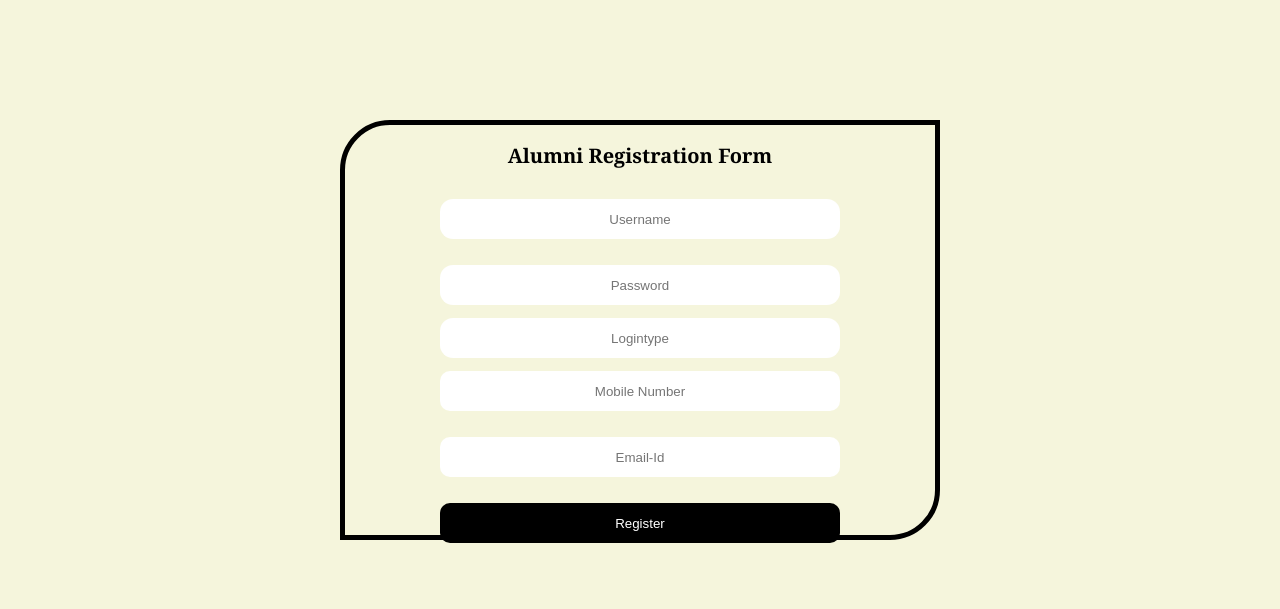
Repository: Shreyash1107/Web_Projects
Page: http://localhost/AlumnieventmanagementApplication/Register.jsp
These files come from the project's save history. The page is drawn as it stood at one moment and after the next save; the edit follows.
The browser window is 1280 px wide. The pictures show the whole page.
The page is served by Tomcat 9. Nobody is signed in. The application's start-up code is not run. Other server files are loaded and not shown.

Above is the page before, as saved 2024-07-23 11:28:59.

### AlumnieventmanagementApplication/src/main/webapp/Register.jsp
<%@ page language="java" contentType="text/html; charset=ISO-8859-1"
	pageEncoding="ISO-8859-1"%>
<!DOCTYPE html>
<html>
<head>
<meta charset="ISO-8859-1">
<title>Registration</title>
<link rel='stylesheet' href='CSS/register.css'/>
</head>
<body>
<form name='frm' action='register' method='POST'>
<center>
<div class='box'>
	<div class='container'>
		<h4>Alumni Registration Form</h4>
		<div class='wrapper'>
			<input type='text' name='Username' value=''
				placeholder='Username' autocomplete='off' />
		</div>
		<div class='content'>
			<input type='password' name='Password' value=''
				placeholder='Password' autocomplete='off'/>
		</div>
		<div class='type'>
			<input type='text' name='Logintype' value=''
				placeholder='Logintype' autocomplete='off' />
		</div>
		<div class='sub-content'>
			<input type='contact' name='Contact' value=''
				placeholder='Mobile Number' autocomplete='off'/>
		</div>
		<div class='menu'>
			<input type='email' name='Email-Id' value=''
					placeholder='Email-Id' autocomplete='off'/>
		</div>
		<div class='btn'>
			<input type='submit' name='reg' value='Register'/>
		</div>
	</div>
	</center>
	</div>
	</form>
</body>
</html>

### AlumnieventmanagementApplication/src/main/webapp/CSS/register.css
@charset "ISO-8859-1";
*
{
	padding: 0;
	margin:0;
	box-sizing: border-box;
}
body
{
	background-color: beige;
	font-size: 20px;
	font-family: Cambria, Cochin, Georgia, Times, 'Times New Roman', serif;
	overflow: hidden;
}
.container
{
	width: 600px;
	height: 420px;
	margin:120px auto;
	border: 5px solid black;
	border-top-left-radius: 50px;
	border-bottom-right-radius: 50px;
}
.container h4
{
	padding: 17px;
}
.wrapper,.content,.sub-content,.menu,.btn
{
	padding: 13px;
}
input[type='text']
{
	width: 400px;
	height:40px;
	border-radius: 13px;
	border:none;
}
input[type='password']
{
	width: 400px;
	height:40px;
	border-radius: 13px;
	border:none;
}
input[type='submit']
{
	width: 400px;
	height:40px;
	border-radius: 10px;
	border:none;
}
input[type='contact']
{
	width: 400px;
	height:40px;
	border-radius: 10px;
	border:none;
}
input[type='email']
{
	width: 400px;
	height:40px;
	border-radius: 10px;
	border:none;
}
input[type='submit']
{
	width: 400px;
	height:40px;
	border-radius: 10px;
	border:none;
	background-color: black;
	color: white;
}
input[type='submit']:hover
{
	cursor: pointer;
	background-color:blueviolet;
	transition: background-color 1s ease-in-out, transform 1s ease-in-out;
}
input[type='text']::placeholder
{
	text-align: center;
}
input[type='password']::placeholder
{
	text-align: center;
}
input[type='contact']::placeholder
{
	text-align: center;
}
input[type='email']::placeholder
{
	text-align: center;
}

After the next save:
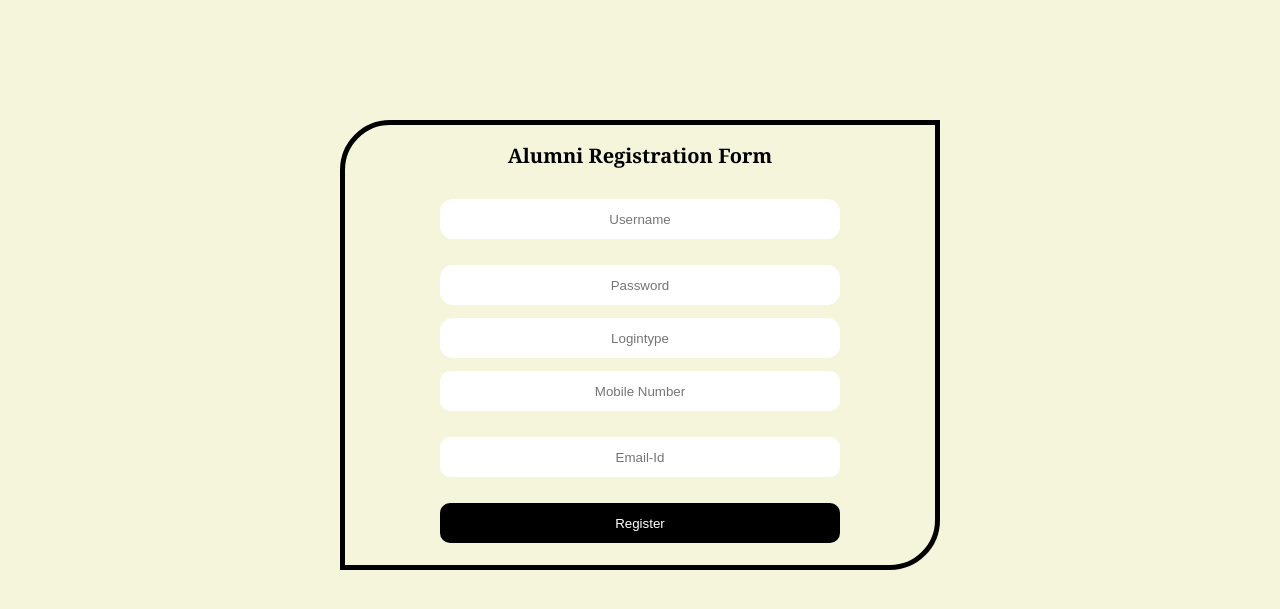
Saved 10 s later.
--- a/AlumnieventmanagementApplication/src/main/webapp/CSS/register.css
+++ b/AlumnieventmanagementApplication/src/main/webapp/CSS/register.css
@@ -15,7 +15,7 @@ body
 .container
 {
 	width: 600px;
-	height: 420px;
+	height: 450px;
 	margin:120px auto;
 	border: 5px solid black;
 	border-top-left-radius: 50px;
